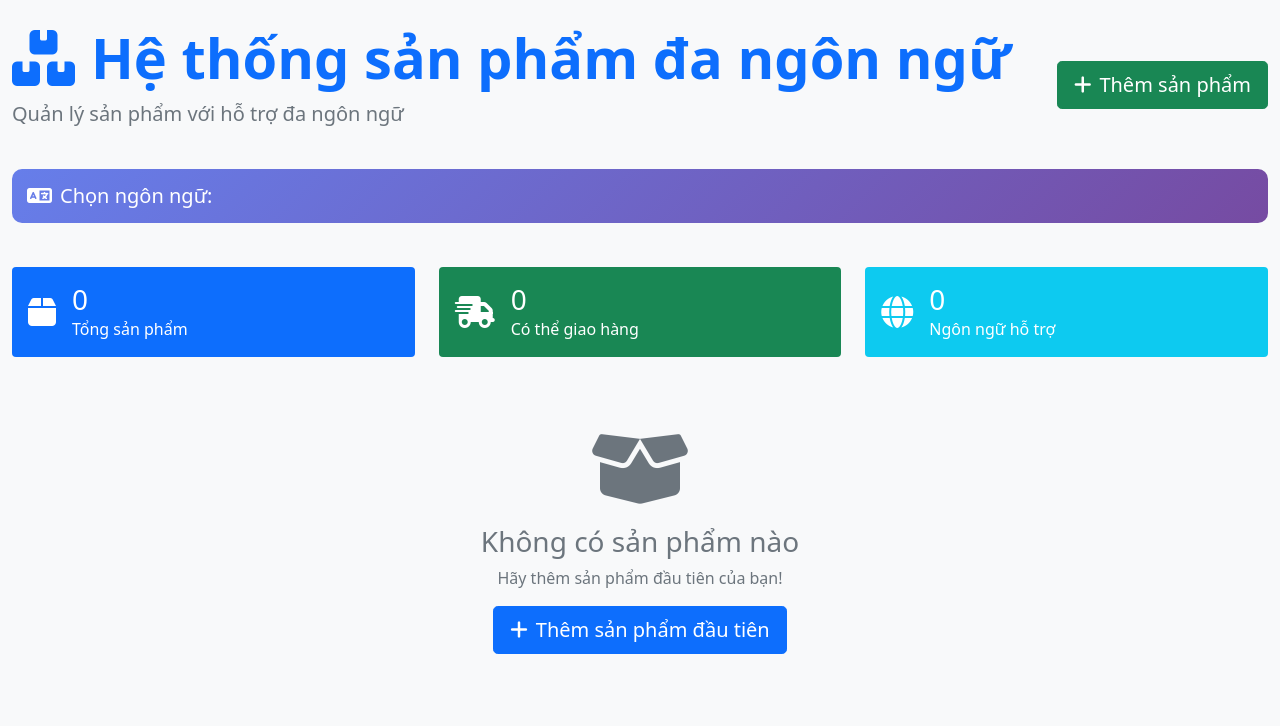
Repository: MaryPhuong11/JSP-Servlet
Page: http://localhost/JSP-Servlet/products
An editor plug-in stored every save of this project. The page is shown before and after a run of saves, followed by the edit.
The browser window is 1280 px wide. The pictures show the whole page.
The page is served by Tomcat 9. Queries for data that is not in the repository find no rows.

Above is the page before, as saved 2025-10-14 10:59:17.

After the next 2 saves:
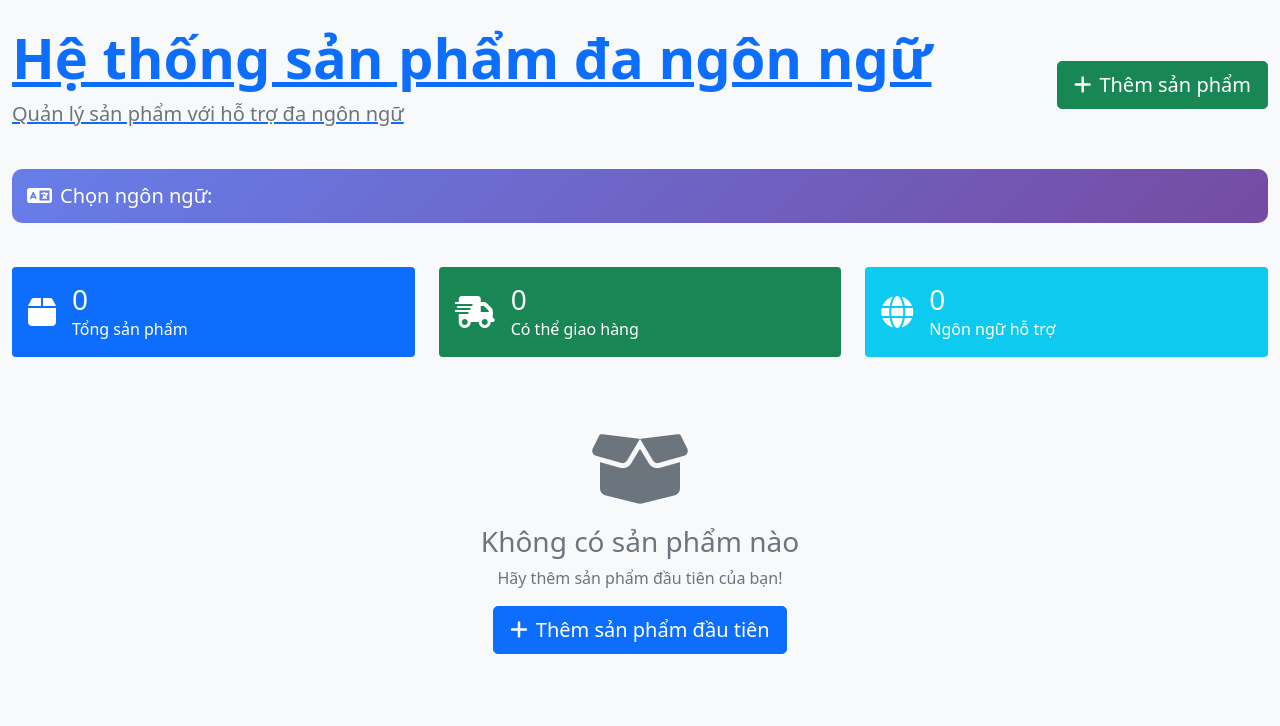
The 2 saves are shown as one change because they came seconds apart.
The last was saved 54 s later.
--- a/JSP-Servlet/src/main/webapp/WEB-INF/jsp/product-list.jsp
+++ b/JSP-Servlet/src/main/webapp/WEB-INF/jsp/product-list.jsp
@@ -64,6 +64,7 @@
                 <div class="d-flex justify-content-between align-items-center">
                     <div>
                         <h1 class="display-4 fw-bold text-primary">
+                        <a href="/JSP-Servlet/products></a>
                             <i class="fas fa-boxes me-3"></i><fmt:message key="product.list.title"/>
                         </h1>
                         <p class="lead text-muted"><fmt:message key="product.list.subtitle"/></p>

After the save that followed:
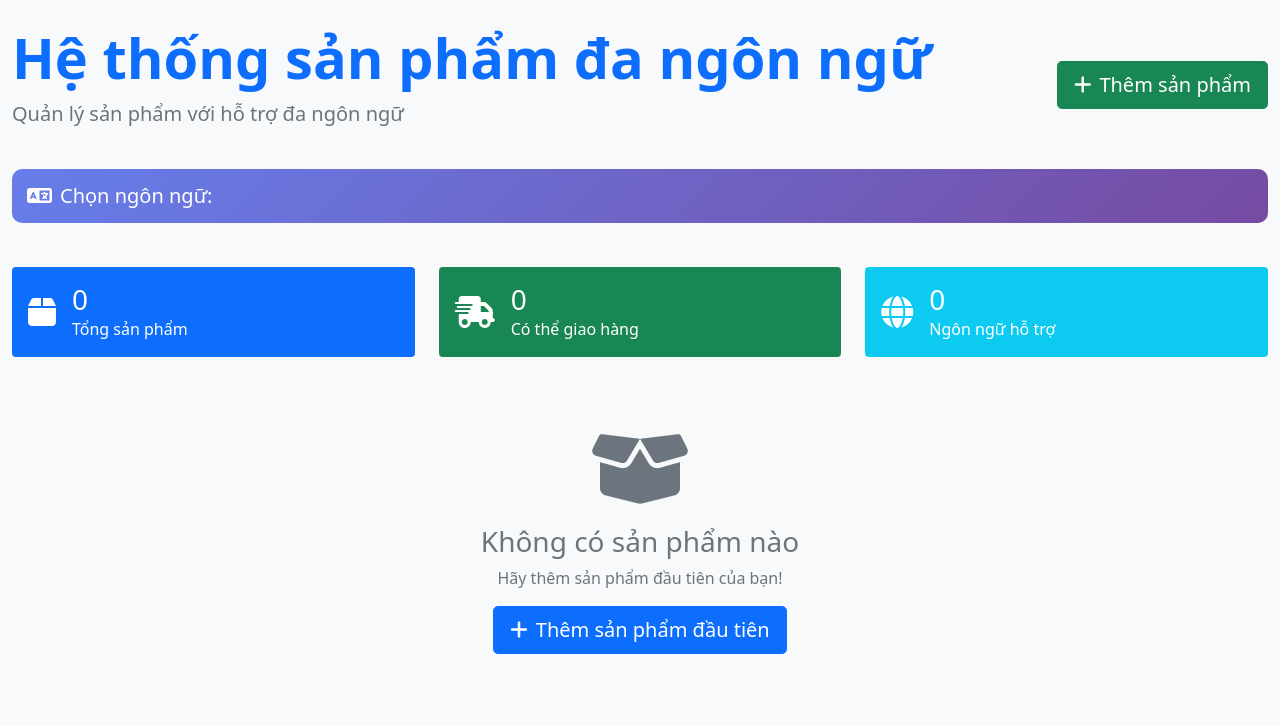
Saved 25 s later.
--- a/JSP-Servlet/src/main/webapp/WEB-INF/jsp/product-list.jsp
+++ b/JSP-Servlet/src/main/webapp/WEB-INF/jsp/product-list.jsp
@@ -64,8 +64,8 @@
                 <div class="d-flex justify-content-between align-items-center">
                     <div>
                         <h1 class="display-4 fw-bold text-primary">
-                        <a href="/JSP-Servlet/products></a>
-                            <i class="fas fa-boxes me-3"></i><fmt:message key="product.list.title"/>
+                        <ahref="/JSP-Servlet/products></a>
+                            <i></i><fmt:message key="product.list.title"/>
                         </h1>
                         <p class="lead text-muted"><fmt:message key="product.list.subtitle"/></p>
                     </div>
